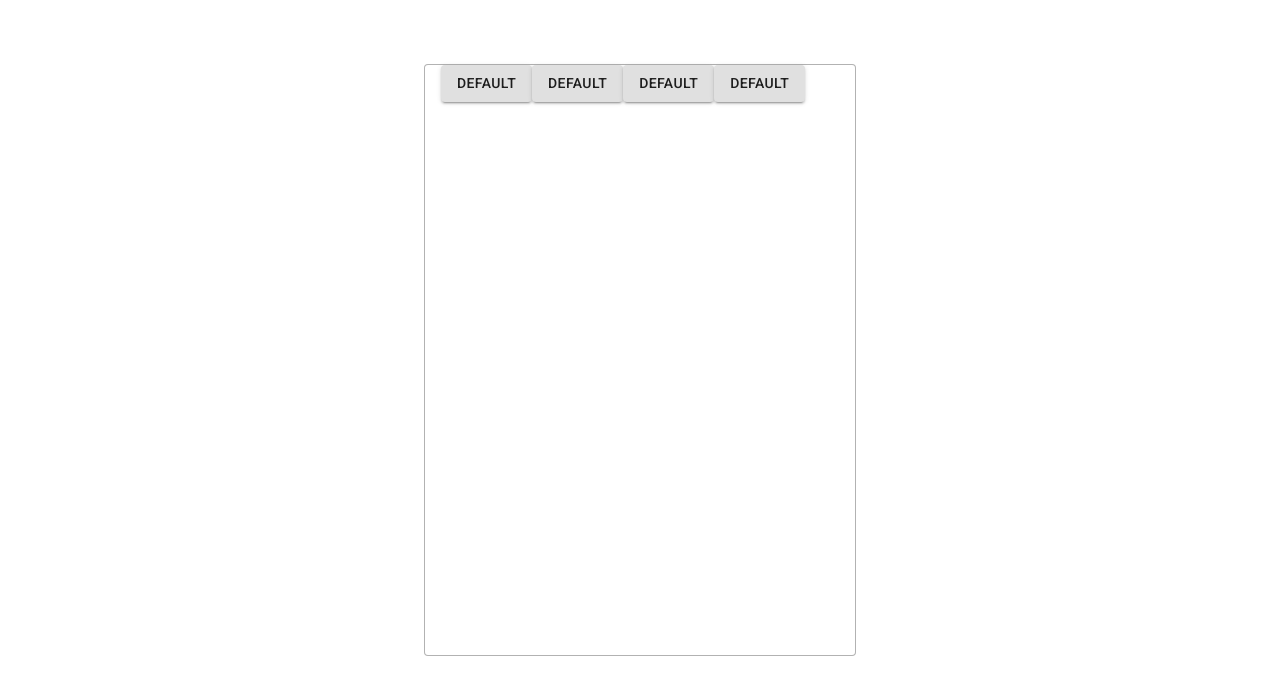
Repository: ShunsukeTanizaki/chatbot-demo
Page: /
An editor plug-in stored every save of this project. The page is shown before and after the next save, followed by the edit.
The browser window is 1280 px wide. The pictures show the whole page.
The project was rebuilt for these pictures with package versions that can differ from the ones it lists, and the page was loaded fresh each time.

Above is the page before, as saved 2020-10-19 23:43:46.

### public/index.html
<!DOCTYPE html>
<html lang="en">
  <head>
    <meta charset="utf-8" />
    <link rel="icon" href="%PUBLIC_URL%/favicon.ico" />
    <meta name="viewport" content="width=device-width, initial-scale=1" />
    <meta name="theme-color" content="#000000" />
    <meta
      name="description"
      content="Web site created using create-react-app"
    />
    <link rel="apple-touch-icon" href="%PUBLIC_URL%/logo192.png" />
    <link rel="manifest" href="%PUBLIC_URL%/manifest.json" />
    <link rel="stylesheet" href="https://fonts.googleapis.com/css?family=Roboto:300,400,500,700&display=swap" />
    <link rel="stylesheet" href="https://fonts.googleapis.com/icon?family=Material+Icons" />
    <title>Chatbot DEMO</title>
  </head>
  <body>
    <noscript>You need to enable JavaScript to run this app.</noscript>
    <div id="root"></div>
  </body>
</html>

### src/index.js
import React from 'react';
import ReactDOM from 'react-dom';
import './assets/styles/index.css';
import App from './App';
import * as serviceWorker from './serviceWorker';

ReactDOM.render(
  <React.StrictMode>
    <App />
  </React.StrictMode>,
  document.getElementById('root')
);

// If you want your app to work offline and load faster, you can change
// unregister() to register() below. Note this comes with some pitfalls.
// Learn more about service workers: https://bit.ly/CRA-PWA
serviceWorker.unregister();

### src/App.jsx
import React from 'react';
import defaultDataset from './dataset'
import './assets/styles/style.css';
import { AnswersList } from './components/index'

export default class App extends React.Component {
    constructor(props) {
        super(props);
        this.state = {
            answers: [],
            chats: [],
            currentId: "init",
            dataset: defaultDataset,
            open: false
        }
    }

    render() {
        return (
            <section className="c-section">
                <div className="c-box">
                    <AnswersList />
                </div>
            </section>
        );
    }
}

### src/dataset.js
const defaultDataset = {
    "init": {
        answers: [
            {content: "仕事を依頼したい", nextId: "job_offer"},
            {content: "エンジニアのキャリアについて相談したい", nextId: "consultant"},
            {content: "学習コミュニティについて知りたい", nextId: "community"},
            {content: "お付き合いしたい", nextId: "dating"},
        ],
        question: "こんにちは！🐯トラハックへのご用件はなんでしょうか？",
    },
    "job_offer": {
        answers: [
            {content: "Webサイトを制作してほしい", nextId: "website"},
            {content: "Webアプリを開発してほしい", nextId: "webapp"},
            {content: "自動化ツールを作ってほしい", nextId: "automation_tool"},
            {content: "その他", nextId: "other_jobs"}
        ],
        question: "どのようなお仕事でしょうか？",
    },
    "website": {
        answers: [
            {content: "問い合わせる", nextId: "contact"},
            {content: "最初の質問に戻る", nextId: "init"}
        ],
        question: "Webサイト細作についてですね。コチラからお問い合わせできます。",
    },
    "webapp": {
        answers: [
            {content: "問い合わせる", nextId: "contact"},
            {content: "最初の質問に戻る", nextId: "init"}
        ],
        question: "Webアプリ開発についてですね。コチラからお問い合わせできます。",
    },
    "automation_tool": {
        answers: [
            {content: "問い合わせる", nextId: "contact"},
            {content: "最初の質問に戻る", nextId: "init"}
        ],
        question: "自動化ツール開発についてですね。コチラからお問い合わせできます。",
    },
    "other_jobs": {
        answers: [
            {content: "問い合わせる", nextId: "contact"},
            {content: "最初の質問に戻る", nextId: "init"}
        ],
        question: "その他についてですね。コチラからお問い合わせできます。",
    },
    "consultant": {
        answers: [
            {content: "YouTubeで動画を見る", nextId: "https://www.youtube.com/channel/UC-bOAxx-YOsviSmqh8COR0w"},
            {content: "学習コミュニティについて知りたい", nextId: "community"},
            {content: "最初の質問に戻る", nextId: "init"}
        ],
        question: "トラハックは普段からYouTubeでキャリアについて発信しています。また、僕が運営するエンジニア向け学習コミュニティ内でも相談に乗っていますよ。",
    },
    "community": {
        answers: [
            {content: "どんな活動をしているの？", nextId: "community_activity"},
            {content: "コミュニティに参加したい", nextId: "https://torahack.web.app/community/"},
            {content: "最初の質問に戻る", nextId: "init"}
        ],
        question: "2020年3月から学習コミュニティを始めました！🎉Webエンジニアへの転職を目指す人向けに、プログラミングを教えたりキャリアの相談に乗っています。",
    },
    "community_activity": {
        answers: [
            {content: "さらに詳細を知りたい", nextId: "https://youtu.be/tIzE7hUDbBM"},
            {content: "コミュニティに参加したい", nextId: "https://torahack.web.app/community/"},
            {content: "最初の質問に戻る", nextId: "init"}
        ],
        question: "フロントエンド向けの教材の提供、キャリアや勉強法に関するメルマガの配信、週1のオンライン作業会などを開催しています！\n詳細はYouTube動画で紹介しています。",
    },
    "dating": {
        answers: [
            {content: "DMする", nextId: "https://twitter.com/torahack_"},
            {content: "最初の質問に戻る", nextId: "init"}
        ],
        question: "まずは一緒にランチでもいかがですか？DMしてください😘",
    },
}

export default defaultDataset

### src/assets/styles/style.css
.c-section {
    position: relative;
    height: 100vh;
    width: 100%;
}

.c-box {
    background: #fff;
    border: 1px solid rgba(0,0,0,0.3);
    border-radius: 4px;
    box-sizing: border-box;
    height: 592px;
    max-width: 432px;
    padding: 0 1rem;
    width: 100%;

    /* Vertical and horizontal center alignment */
    position: absolute;
    top: 50%;
    left: 50%;
    transform: translate(-50%, -50%);
}

.c-grid__answer {
    display: flex;
    flex-flow: column;
    justify-content: flex-end;
    height: 192px;
}

.p-chat__bubble {
    background: #41B6E6;
    border-radius: 4px;
    color: #fff;
    font-size: 14px;
    font-weight: 500;
    padding: .5rem;
    margin-right: 1rem;
    max-width: 80%;
    width: auto;
}

.p-chat__row {
    display: flex;
    flex-direction: row;
    justify-content: flex-start;
    padding-right: 0 !important;
}

.p-chat__reverse {
    display: flex;
    flex-direction: row-reverse;
    justify-content: flex-end;
    padding-right: 0 !important;
}

.p-question__title {
    font-size: 1.25rem;
    font-weight: 600;
    margin: 0 0 1rem 0;
}

.p-question__description {
    font-size: 1rem;
    letter-spacing: .125rem;
    line-height: 1.7;
}

### src/components/index.js
export {default as AnswersList} from './AnswersList'
export {default as Answer} from './Answer'

### src/components/AnswersList.jsx
import React from "react";
import { Answer } from './index'

const AnswersList = () => {
    return (
        <div className="c-glid__answer">
            <Answer />
            <Answer />
            <Answer />
            <Answer />
        </div>
    )
}

export default AnswersList

### src/components/Answer.jsx
import React from 'react'
import { makeStyles } from '@material-ui/core/styles'
import Button from '@material-ui/core/Button'

const useStyles = makeStyles((theme) => ({
    root: {

    },
}));

const Answer = () => {
    // const classes = useStyles();
    return (
        <Button variant="contained">Default</Button>
    )
}

export default Answer

Loaded but not shown: src/assets/styles/index.css (common file); src/serviceWorker.js (common file)

After the next save:
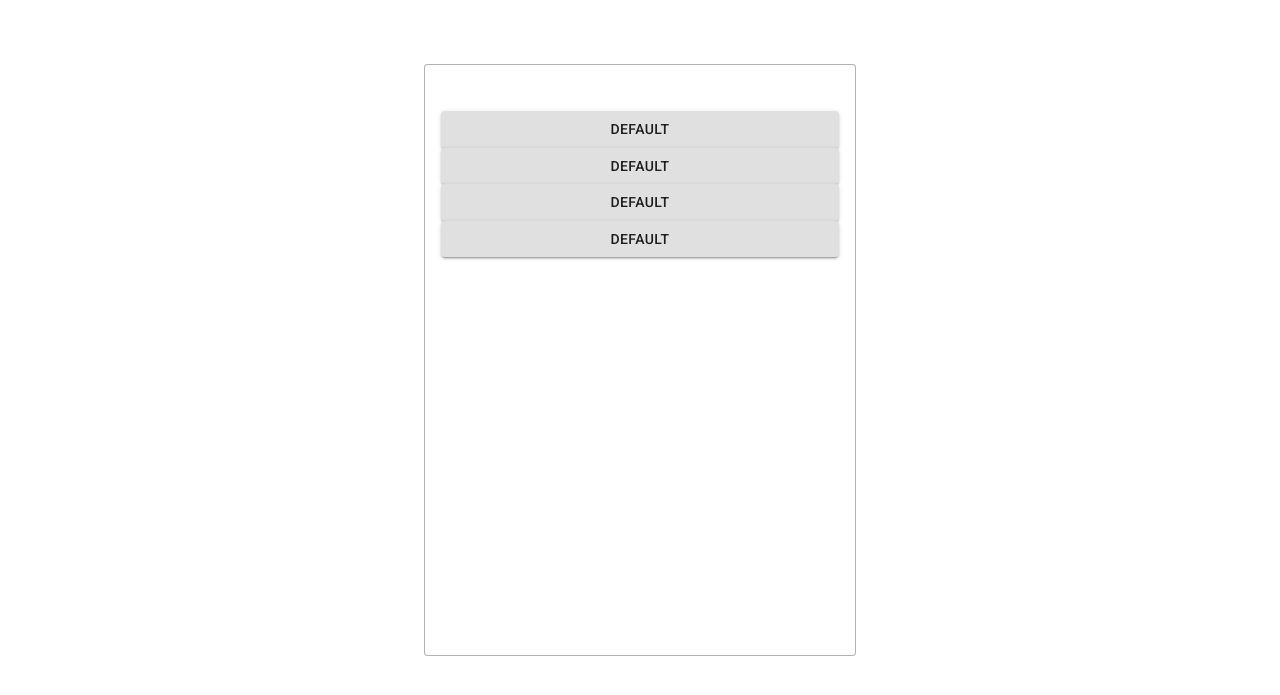
Saved 66 s later.
--- a/src/components/AnswersList.jsx
+++ b/src/components/AnswersList.jsx
@@ -3,7 +3,7 @@
 
 const AnswersList = () => {
     return (
-        <div className="c-glid__answer">
+        <div className="c-grid__answer">
             <Answer />
             <Answer />
             <Answer />
